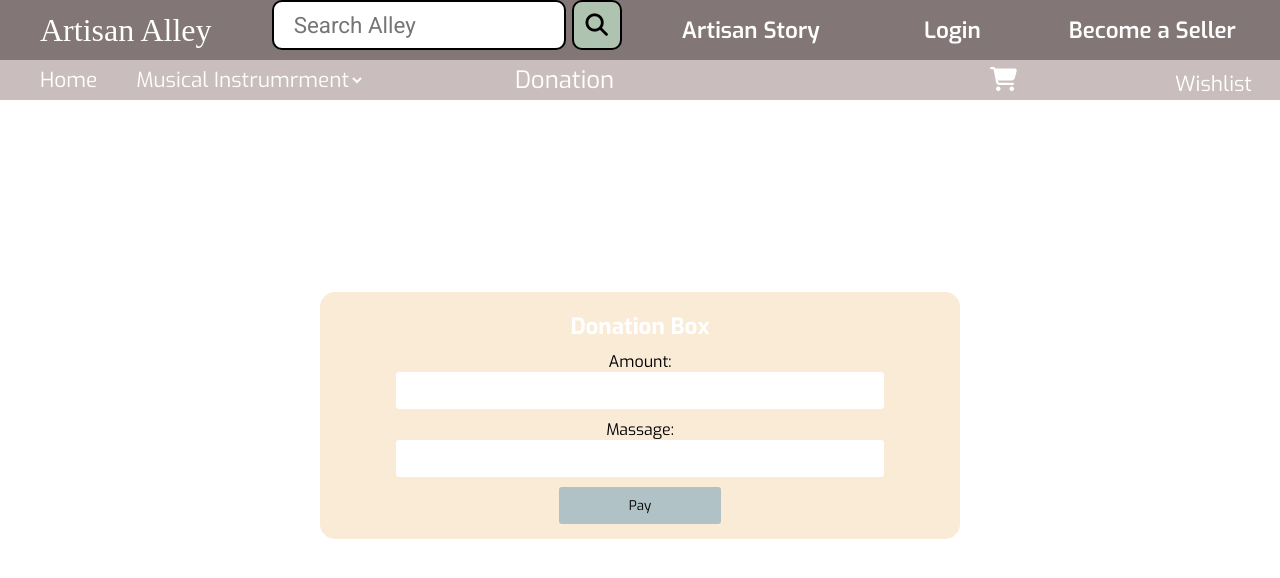
Repository: RingkhangBTY/Bytehacks_Hackathon_Project
Page: donation.html
These files come from the project's save history. The page is drawn as it stood at one moment and after a run of saves; the edit follows.
The browser window is 1280 px wide. The pictures show the whole page.
Some web fonts or font styles are not loaded; a fallback is used.

Above is the page before, as saved 2024-11-27 10:56:53.

After the next 5 saves:
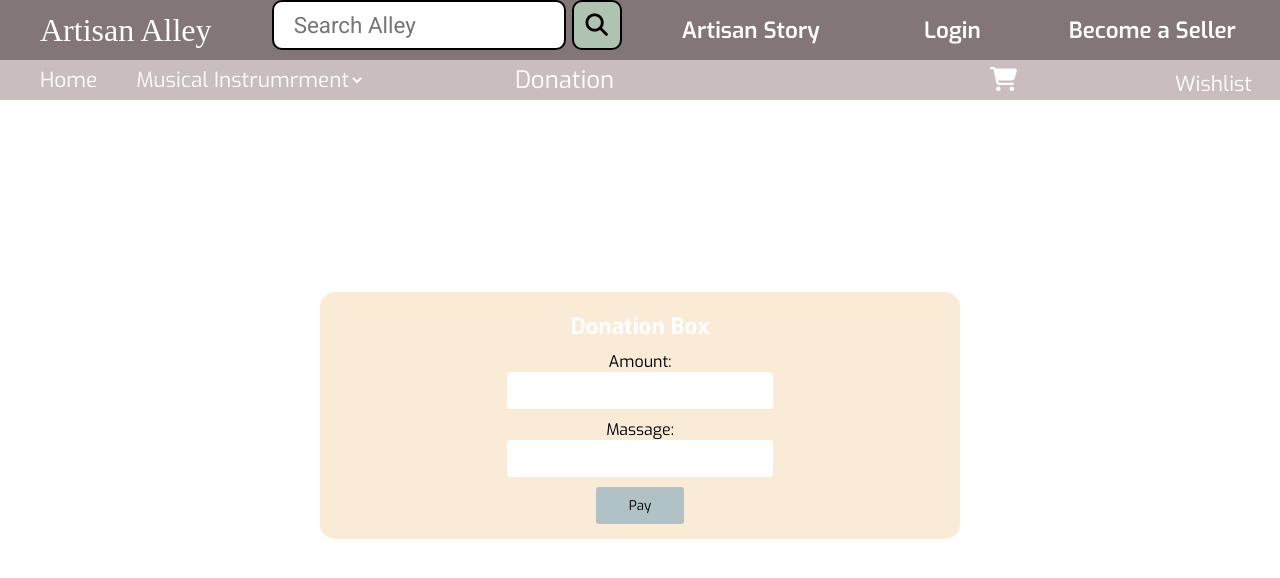
The 5 saves are shown as one change because they came seconds apart.
The last was saved 15 s later.
--- a/donation.html
+++ b/donation.html
@@ -84,7 +84,9 @@
                     <lab for="donation">Amount:</lab>
                     <input type="amount" id="text" name="donate" required>
 
-
+                    <div class="contai">
+                        <div></div>
+                    </div>
                     <lab for="donation"> Massage:</lab>
                     <input type="text" id="text" name="donate" >
                     <button type="submit">Pay</button>

After the save that followed:
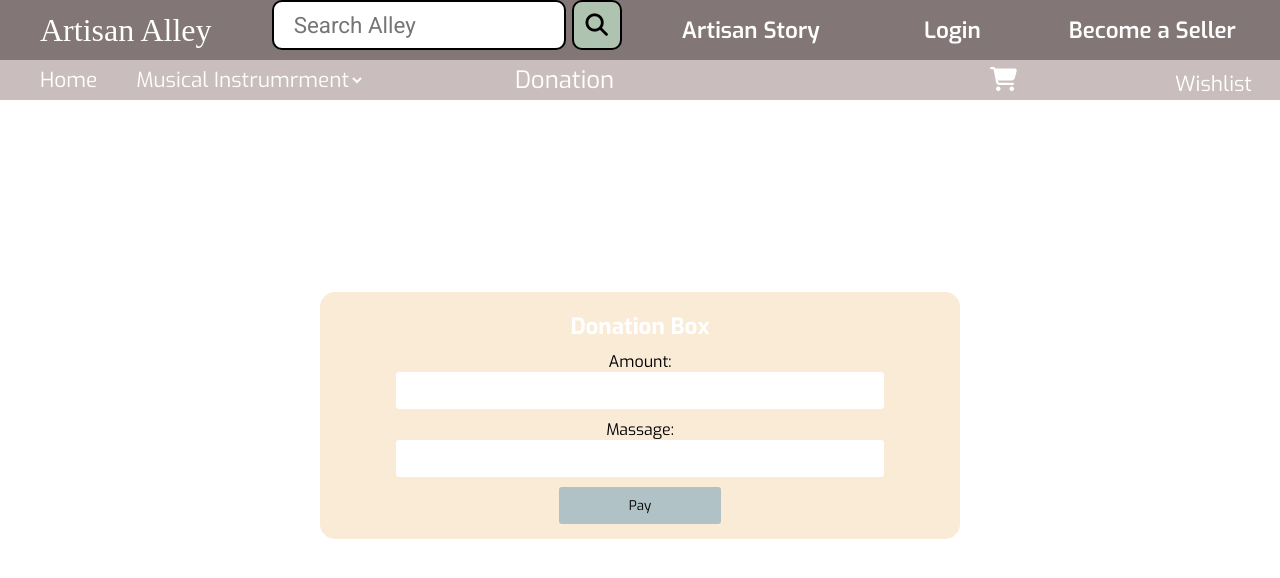
Saved 10 s later.
--- a/donation.html
+++ b/donation.html
@@ -84,9 +84,6 @@
                     <lab for="donation">Amount:</lab>
                     <input type="amount" id="text" name="donate" required>
 
-                    <div class="contai">
-                        <div></div>
-                    </div>
                     <lab for="donation"> Massage:</lab>
                     <input type="text" id="text" name="donate" >
                     <button type="submit">Pay</button>
